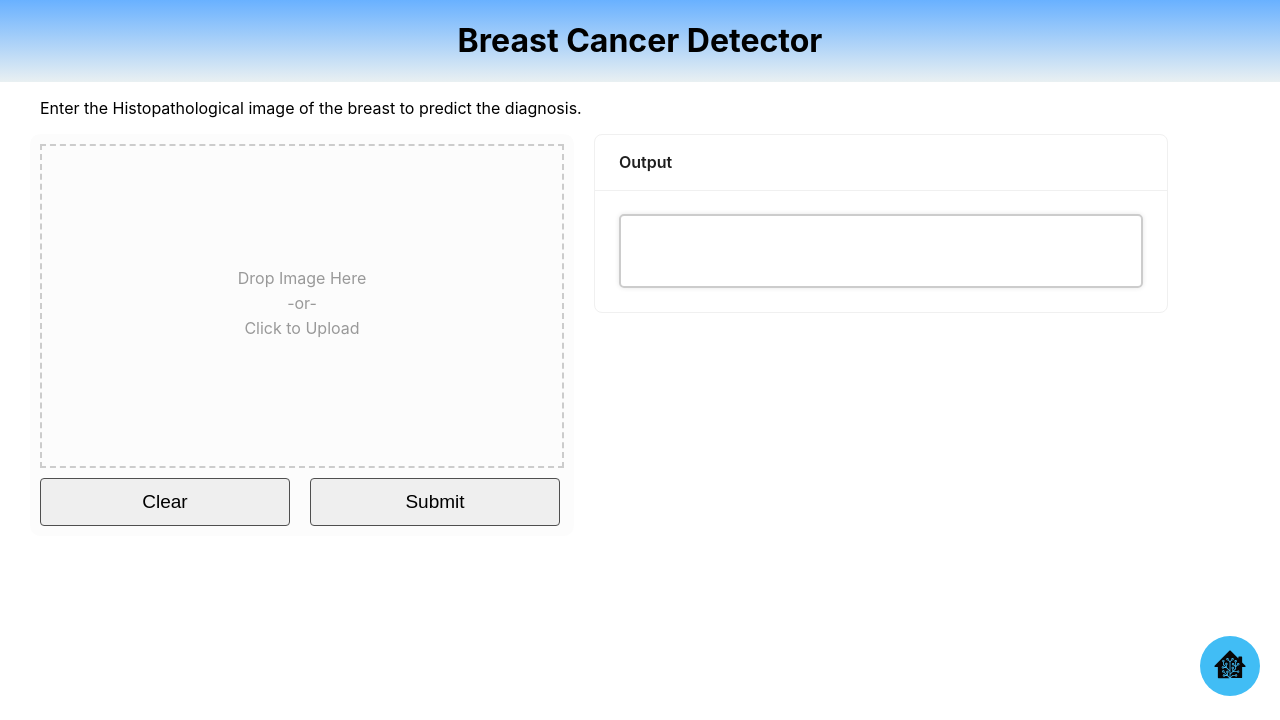
Repository: xshamrose/RAYi-AI
Page: /BreastCancerDetector-app (app in client/)
An editor plug-in stored every save of this project. The page is shown before and after a run of saves, followed by the edit.
The browser window is 1280 px wide. The pictures show the whole page.
The project was rebuilt for these pictures with package versions that can differ from the ones it lists, and the page was loaded fresh each time. Also part of the build but not shown: client/src/App.css, client/src/pages/Home.js, client/src/pages/home.css, client/src/pages/Chatbox.js.

Above is the page before, as saved 2024-03-11 10:47:03.

### client/src/App.js
import "./App.css";
import React from "react";
import Candetect from "./pages/Candetect";
import Home from "./pages/Home";
import "./pages/home.css";
import { BrowserRouter as Router, Routes, Route } from "react-router-dom";
import Chatbox from "./pages/Chatbox";

function App() {
  return (
    <div className="App">
      <Router>
        <Routes>
          <Route exact path="/" element={<Home />} />
          <Route path="/BreastCancerDetector-app" element={<Candetect />} />
          <Route exact path="/chatbox" element={<Chatbox />} />

          {/*  Future Use for Pipe Counting Detection
          <Route
            path="/Pipe"
            element={<Candetect title={headerTitle} content={content} />}
          /> */}
        </Routes>
      </Router>
    </div>
  );
}

export default App;

### client/src/pages/Candetect.js
import React, { useState } from "react";
import "../pages/Candetect.css";
import { Card } from "antd";
import deleteicon from "../assets/delete-.svg";
import ai from "../assets/ai_img.svg"
import axios from "axios";
import { useNavigate } from "react-router-dom";
function Candetect() {
  const [imageFile, setImageFile] = useState(null);
  const [errorMessage, setErrorMessage] = useState("");
  const [loading, setLoading] = useState(false);
  const [responseData, setResponseData] = useState("");
const navigate=useNavigate()
  const handleFileInputChange = (event) => {
    const file = event.target.files[0];
    if (file) {
      setImageFile(file);
    }
  };

  const handleClearImage = () => {
    setImageFile(null);

    const fileInput = document.getElementById("file-input");
    if (fileInput) {
      fileInput.value = "";
    }
    setErrorMessage("");
  };

  const handleDeleteImage = () => {
    setImageFile(null);

    const fileInput = document.getElementById("file-input");
    if (fileInput) {
      fileInput.value = "";
    }
  };

  const handleSubmit = () => {
    if (!imageFile) {
      setErrorMessage("Please upload an Image");
      console.log("Please upload an Image");
    } else {
      const formData = new FormData();
      formData.append("image", imageFile);
      setLoading(true);
      axios
        .post("http://ct.rayi.in:5002/predicttest", formData, {
          headers: {
            "Content-Type": "multipart/form-data",
          },
        })
        .then((response) => {
          setLoading(false);
          setResponseData(response.data);
          console.log(response.data);
        })
        .catch((error) => {
          if (error.response) {
            console.error("Error Response Data:", error.response.data);
            console.error("Error Response Status:", error.response.status);
          } else if (error.request) {
            console.error("No response received:", error.request);
          } else {
            console.error("Error:", error.message);
          }
          setErrorMessage("Failed to submit. Please try again.");
        });
    }
  };
const handleAipage=()=>{
navigate("/chatbox")
}
  return (
    <div>
      <div
        style={{
          display: "flex",
          justifyContent: "center",
          alignContent: "center",
          flexWrap: "nowrap",
          alignItems: "center",
          backgroundImage: "linear-gradient(#69b1ff, #e9f0f2)",
          width: "100%",
        }}
      >
        <h1>Breast Cancer Detector</h1>
      </div>

      <p style={{ marginLeft: "40px" }}>
        Enter the Histopathological image of the breast to predict the
        diagnosis.
      </p>

      <div className="overallContainer">
        <div className="dragandbutton">
          <div className="image-upload-box">
            <input
              type="file"
              accept="image/*"
              id="file-input"
              className="file-input"
              onChange={handleFileInputChange}
            />
            {imageFile ? null : (
              <div>
                <label htmlFor="file-input" className="upload-label">
                  <span>Drop Image Here</span> <span>-or-</span>{" "}
                  <span>Click to Upload</span>{" "}
                </label>{" "}
                {errorMessage && (
                  <div className="error-message">{errorMessage}</div>
                )}{" "}
              </div>
            )}

            {imageFile && (
              <div className="image-preview">
                <img
                  src={URL.createObjectURL(imageFile)}
                  alt="Uploaded"
                  className="full-size-image"
                ></img>

                <div className="image-actions">
                  <img
                    src={deleteicon}
                    alt="Delete"
                    className="icon"
                    onClick={handleDeleteImage}
                  />
                </div>
              </div>
            )}
          </div>

          <div className="button-container">
            <button className="sbutton" onClick={handleClearImage}>
              Clear
            </button>
            <button className="sbutton" onClick={handleSubmit}>
              Submit
            </button>
          </div>
        </div>
        <div>
          <Card title="Output" hoverable>
            <div className="text-area">
              {loading ? (
                <div className="loader-all">
                  <div className="loader"></div>
                  <p>loading...</p>
                </div>
              ) : (
                responseData
              )}
            </div>
          </Card>
        </div>
      </div>
      <div className="ask-me-icon">
      <div class="tooltip-container">
  <span class="tooltip">Ask AI</span>
  <span class="text" onClick={handleAipage}><img alt="Ai" src={ai} style={{height:"60px"}} /></span>
</div>

    </div>
    </div>
  );
}

export default Candetect;

### client/src/pages/Candetect.css
/* Candetect.css */

.image-upload-box {
    position: relative;
    display: flex;
    flex-direction: column;
    align-items: center;
    justify-content: center;
    border: 2px dashed #ccc;
    padding: 10px;
    cursor: pointer;
    width: 500px; /* Adjust the width of the box as needed */
    height: 300px; /* Adjust the height of the box as needed */
  }

  .file-input {
    display: none;
  }

  .upload-label {
    display: flex;
    flex-direction: column;
    justify-content: center;
    align-items: center;
    color: #999;
    cursor: pointer;
  }

  .upload-label span {
    margin-bottom: 5px;
  }

  .image-preview {
    position: relative;
    width: 100%;
    height: 100%;
    overflow: hidden;
    object-fit: cover;
    display: flex;
    flex-direction: row;
    flex-wrap: nowrap;
    align-content: center;
    justify-content: center;
  }

.full-size-image{
  height: auto;
  width: 450px;
}

  .image-actions {
    padding: 5px;
  }


  .sbutton {
    display: inline-block;
    padding: 12px 24px;
    border: 1px solid #4f4f4f;
    border-radius: 4px;
    transition: all 0.2s ease-in;
    position: relative;
    overflow: hidden;
    font-size: 19px;
    cursor: pointer;
    color: black;
    z-index: 1;
    width: 250px;
  }

  .sbutton:before {
    content: "";
    position: absolute;
    left: 50%;
    transform: translateX(-50%) scaleY(1) scaleX(1.25);
    top: 100%;
    width: 140%;
    height: 180%;
    background-color: rgba(0, 0, 0, 0.05);
    border-radius: 50%;
    display: block;
    transition: all 0.5s 0.1s cubic-bezier(0.55, 0, 0.1, 1);
    z-index: -1;
  }

  .sbutton:after {
    content: "";
    position: absolute;
    left: 55%;
    transform: translateX(-50%) scaleY(1) scaleX(1.45);
    top: 180%;
    width: 160%;
    height: 190%;
    background-color: #000000;
    border-radius: 50%;
    display: block;
    transition: all 0.5s 0.1s cubic-bezier(0.55, 0, 0.1, 1);
    z-index: -1;
  }

  .sbutton:hover {
    color: #ffffff;
    border: 1px solid #101111;
  }

  .sbutton:hover:before {
    top: -35%;
    background-color: #101111;
    transform: translateX(-50%) scaleY(1.3) scaleX(0.8);
  }

  .sbutton:hover:after {
    top: -45%;
    background-color: #151616;
    transform: translateX(-50%) scaleY(1.3) scaleX(0.8);
  }
  .button-container{
    gap: 20px;
    display: flex;
    align-items: center;
  }

  .dragandbutton{
    display: flex;
    flex-direction: column;
    gap: 10px;
    background-color: #c1b9b90d;
    border-radius: 10px;
    padding: 10px;
  }

  .text-area {
    display: flex;
    width: 500px;
    height: 50px;
    padding: 10px;
    border: 2px solid #ccc;
    border-radius: 5px;
    font-size: 16px;
    outline: none;
    box-shadow: 0 0 5px rgba(0, 0, 0, 0.1);
  }

  .text-area:focus {
    border-color: #007bff;
  }
  .overallContainer{
    display: flex;
    flex-direction: row;
    gap: 20px;
    flex-wrap: wrap;
    margin-left: 30px;
  }
  .error-message{
    color: red;
    font-size: medium;
  }
  .icon {
    width: 25px;
    height: 25px;
    margin-left: 8px;
    border-radius: 50%;

  }
  .icon:hover{
    transform: scale(1.1);
    color: #000000;
  }

  .compass{
    height: 30px;
    width: 30px;
  }
  .loader {
    border: 4px solid rgba(0, 0, 0, 0.776);
    border-left-color: transparent;
    border-radius: 50%;
  }

  .loader {
    border: 4px solid rgba(0, 0, 0, 0.655);
    border-left-color: transparent;
    width: 25px;
    height: 25px;
  }

  .loader {
    border: 4px solid rgba(0, 0, 0, 0.705);
    border-left-color: transparent;
    width: 25px;
    height: 25px;
    animation: spin89345 1s linear infinite;
  }

  @keyframes spin89345 {
    0% {
      transform: rotate(0deg);
    }

    100% {
      transform: rotate(360deg);
    }
  }
  .loader-all{
    display: flex;
    flex-direction: row;
    gap: 10px;
    justify-content: flex-start;
    align-items: center;
  }
  .ask-me-icon {
    position: fixed;
    bottom: 20px;
    right: 20px;
    cursor: pointer;
    z-index: 1000; }
    .tooltip-container {
      --background: linear-gradient(45deg, #22d3ee, #1f9df5); /* Default background */
      position: relative;
      background: var(--background);
      cursor: pointer;
      transition: all 0.2s;
      font-size: 12px;
      padding: 0.7em 1.8em;
      border-radius: 8px;
      box-shadow: 0 4px 6px rgba(0, 0, 0, 0.1);
      color: #fff;
      display: contents;
     }

    .tooltip {
      position: absolute;
      top: 100%;
      left: 50%;
      transform: translateX(-50%) scale(0.8);
      transform-origin: bottom;
      padding: 0.3em 0.6em;
      opacity: 0;
      pointer-events: none;
      transition: all 0.3s;
      background: var(--background);
      border-radius: 4px;
      box-shadow: 0 2px 4px rgba(0, 0, 0, 0.1);
      white-space: nowrap; /* Prevent text from wrapping to a new line */
      width: auto;
    }

    .tooltip::before {
      position: absolute;
      content: "";
      height: 0.6em;
      width: 0.6em;
      bottom: -0.2em;
      left: 50%;
      transform: translate(-50%) rotate(45deg);
      background: var(--background);
    }

    .tooltip-container:hover .tooltip {
      top: -45px;
      opacity: 1;
      visibility: visible;
      pointer-events: auto;
      transform: translateX(-50%) scale(1);
      font-size: medium;
      width: auto;
    }
    .tooltip-container:hover {
      transform: scale(0.9);
    }

### client/src/pages/Chatbox.css
.overall{
    display: flex;
    justify-content: center;
}

.chat-container {
    width: 98%;
    height: 90vh;
    border: 1px solid #ccc;
    border-radius: 10px;
    padding: 20px;
    box-shadow: 0 4px 6px rgba(0, 0, 0, 0.1);
    overflow: auto;
    display: flex;
    flex-direction: column;
    justify-content: space-between;
   }

   .dark-mode {
    background-color: #494848;
    color: #fff;
   }
   .message {
    margin-bottom: 10px;
    padding: 10px;
    border-radius: 10px;
    max-width: 70%;
    word-wrap: break-word;
   }

   .message.user {
    background-color: #888484cb;
    align-self: flex-end;
    color: #000;
   }
   .loading {
    color: #888;
    display: flex;
    justify-content: flex-start;
    margin-top: 10px;
    margin-bottom: 10px;
   }

   .message.assistant {
    background-color: #545556;
    color: #fff;
    align-self: flex-start;
   }



   .input-container {
    display: flex;
    justify-content: center;
    align-items: center;
    margin-top: 20px;
   }

   input {
    flex-grow: 1;
    margin-right: 10px;
    padding: 5px;
    border: 1px solid #ccc;
    border-radius: 5px;
    height: 30px;
   }
   .input:focus, .input:focus-visible {
    border-color: #720098;

  }
   button {
    padding: 5px 10px;
    border: none;
    border-radius: 5px;
    cursor: pointer;
   }

   button:hover {
    background-color: #ccc;
   }
   .dark-mode-button {
    background-color: #333;
    color: #fff;
    border: none;
    border-radius: 5px;
    padding: 5px 10px;
    cursor: pointer;
   }

   .dark-mode-button:hover {
    background-color: #444;
   }
 /* The switch - the box around the slider */
.switch-container {
    position: relative;
    display: inline-block;
    width: 3.5em;
    height: 2em;
  }


  .switch-container input {
    opacity: 0;
    width: 0;
    height: 0;
  }


  .switch-container .slider {
    --background: linear-gradient(to right, #090613ef, #18151f);
    position: absolute;
    cursor: pointer;
    top: 0;
    left: 0;
    right: 0;
    bottom: 0;
    background: var(--background);
    transition: background-color 0.5s;
    border-radius: 30px;
  }

  .switch-container .slider:before {
    position: absolute;
    content: "";
    height: 1.4em;
    width: 1.4em;
    border-radius: 50%;
    left: 10%;
    bottom: 15%;
    box-shadow: inset 15px -4px 0px 15px #f8ea27;
    background: var(--background);
    transition: transform 0.5s, box-shadow 0.5s;
  }

  .switch-container input:checked + .slider {
    background-color: #000;
  }

  .switch-container input:checked + .slider:before {
    transform: translateX(100%);
    box-shadow: inset 8px -4px 0px 0px #f8f8f4;
  }
.header{
    display: flex;
    flex-wrap: wrap;
    flex-direction: row;
    align-content: center;
    align-items: center;
    justify-content: space-between;
}
/* Existing styles remain unchanged */

/* Styles for the input wrapper and send button */
.input-wrapper {
    position: relative;
    display: flex;
    align-items: center;
    width: 90%;
   }

   .input-wrapper input {
    flex-grow: 1;
    padding: 10px;

    border-radius: 5px;
   }

   .send-button {
    position: absolute;
    right: 10px;
    top: 0;
    bottom: 0;
    padding: 10px;
    border: none;
    border-radius: 0 5px 5px 0;
    background-color: transparent;
    cursor: pointer;
   }

   .send-button:hover {
    background-color: #000000d7;
    color: white;
   }

### client/src/pages/Header.js
import React from 'react';

const Header = ({ title, subtitle }) => {
 return (
    <div
      style={{
        display: "flex",
        justifyContent: "center",
        alignContent: "center",
        flexWrap: "nowrap",
        alignItems: "center",
        backgroundImage: "linear-gradient(#69b1ff, #e9f0f2)",
        width: "100%",
      }}
    >
      <h1>{title}</h1>
      <p style={{ marginLeft: "40px" }}>
        {subtitle}
      </p>
    </div>
 );
};

export default Header;

Loaded but not shown: client/public/index.html (common file); client/src/index.js (common file); client/src/index.css (common file); client/src/reportWebVitals.js (common file)

After the next 2 saves:
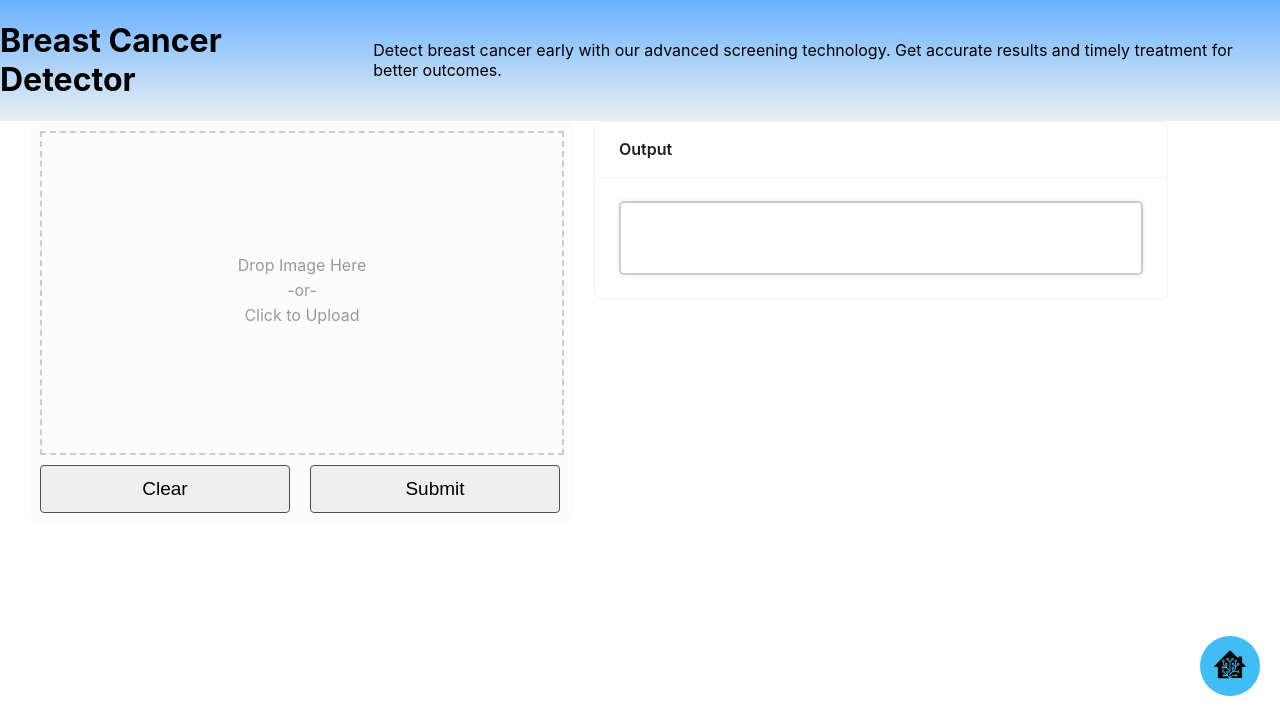
The 2 saves are shown as one change because 1 did not build or start.
The last was saved 89 s later.
--- a/client/src/pages/Candetect.js
+++ b/client/src/pages/Candetect.js
@@ -4,6 +4,7 @@
 import deleteicon from "../assets/delete-.svg";
 import ai from "../assets/ai_img.svg"
 import axios from "axios";
+import Header from "./Header";
 import { useNavigate } from "react-router-dom";
 function Candetect() {
   const [imageFile, setImageFile] = useState(null);
@@ -73,25 +74,14 @@
 navigate("/chatbox")
 }
   return (
-    <div>
+    <>    <div>
       <div
-        style={{
-          display: "flex",
-          justifyContent: "center",
-          alignContent: "center",
-          flexWrap: "nowrap",
-          alignItems: "center",
-          backgroundImage: "linear-gradient(#69b1ff, #e9f0f2)",
-          width: "100%",
-        }}
+
       >
-        <h1>Breast Cancer Detector</h1>
-      </div>
-
-      <p style={{ marginLeft: "40px" }}>
-        Enter the Histopathological image of the breast to predict the
-        diagnosis.
-      </p>
+      <Header
+            title="Breast Cancer Detector"
+            subtitle="Detect breast cancer early with our advanced screening technology. Get accurate results and timely treatment for better outcomes."
+          />
 
       <div className="overallContainer">
         <div className="dragandbutton">
@@ -167,6 +157,9 @@
 
     </div>
     </div>
+    </div>
+    </>
+
   );
 }
 
